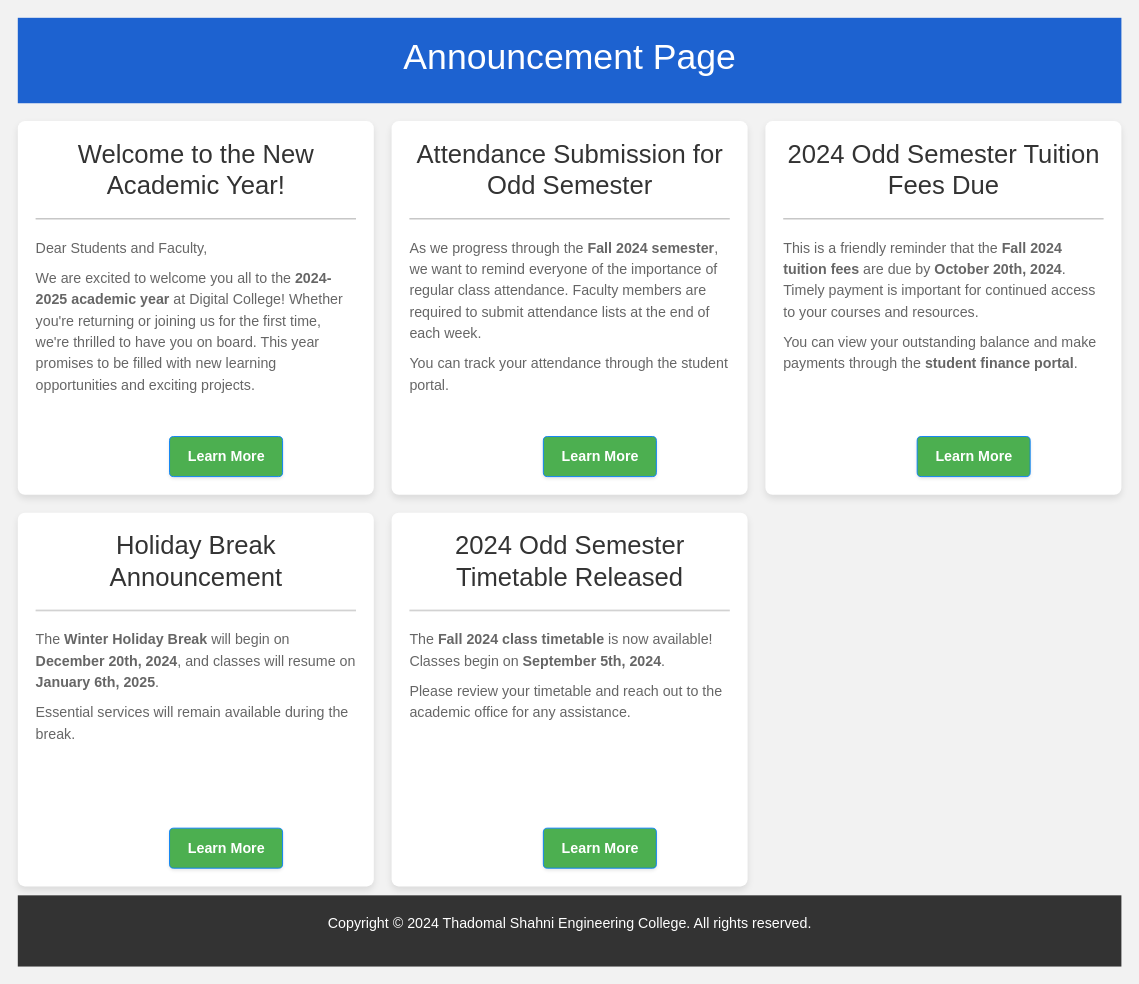
Repository: TejasS1233/MINITHON-hackathon-project
Page: annoucementpage.html
These files come from the project's save history. The page is drawn as it stood at one moment and after the next save; the edit follows.
The browser window is 1280 px wide. The pictures show the whole page, at 89% of full size.

Above is the page before, as saved 2024-09-20 11:52:58.

After the next save:
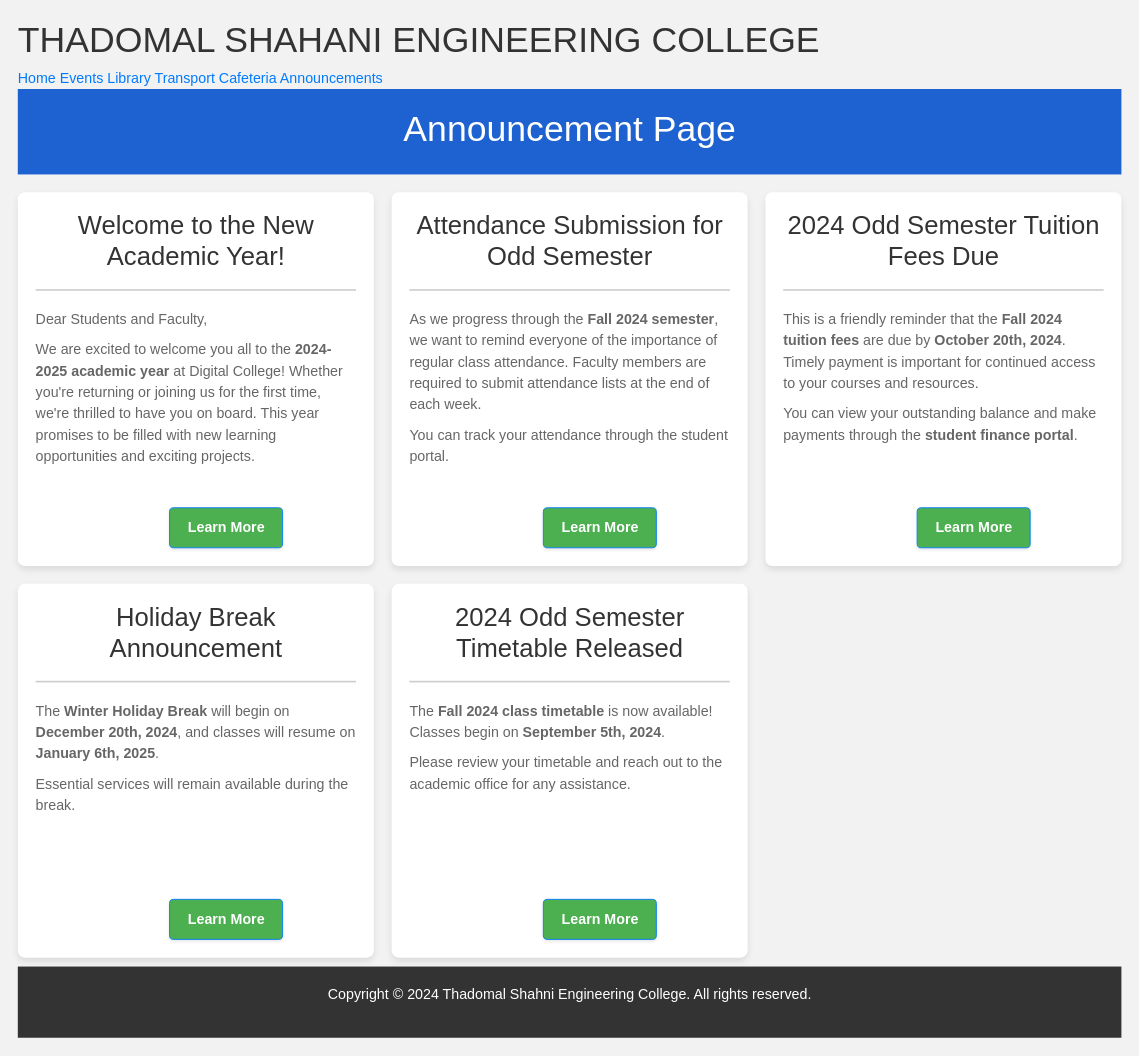
Saved 12 s later.
--- a/annoucementpage.html
+++ b/annoucementpage.html
@@ -9,6 +9,17 @@
     <link rel="stylesheet" href="announcementpage.css"> <!-- Your custom styles -->
 </head>
 <body>
+    <header>
+        <h1>THADOMAL SHAHANI ENGINEERING COLLEGE</h1>
+        <nav>
+            <a href="Home.html">Home</a>
+            <a href="Event.html">Events</a>
+            <a href="#">Library</a>
+            <a href="bustracking.html">Transport</a>
+            <a href="#">Cafeteria</a>
+            <a href="annoucementpage.html">Announcements</a>
+        </nav>
+    </header>
     <!-- <nav class="navbar navbar-expand-lg navbar-light bg-light">
         <a class="navbar-brand" href="#">Digital College</a>
         <button class="navbar-toggler" type="button" data-toggle="collapse" data-target="#navbarSupportedContent" aria-controls="navbarSupportedContent" aria-expanded="false" aria-label="Toggle navigation">
